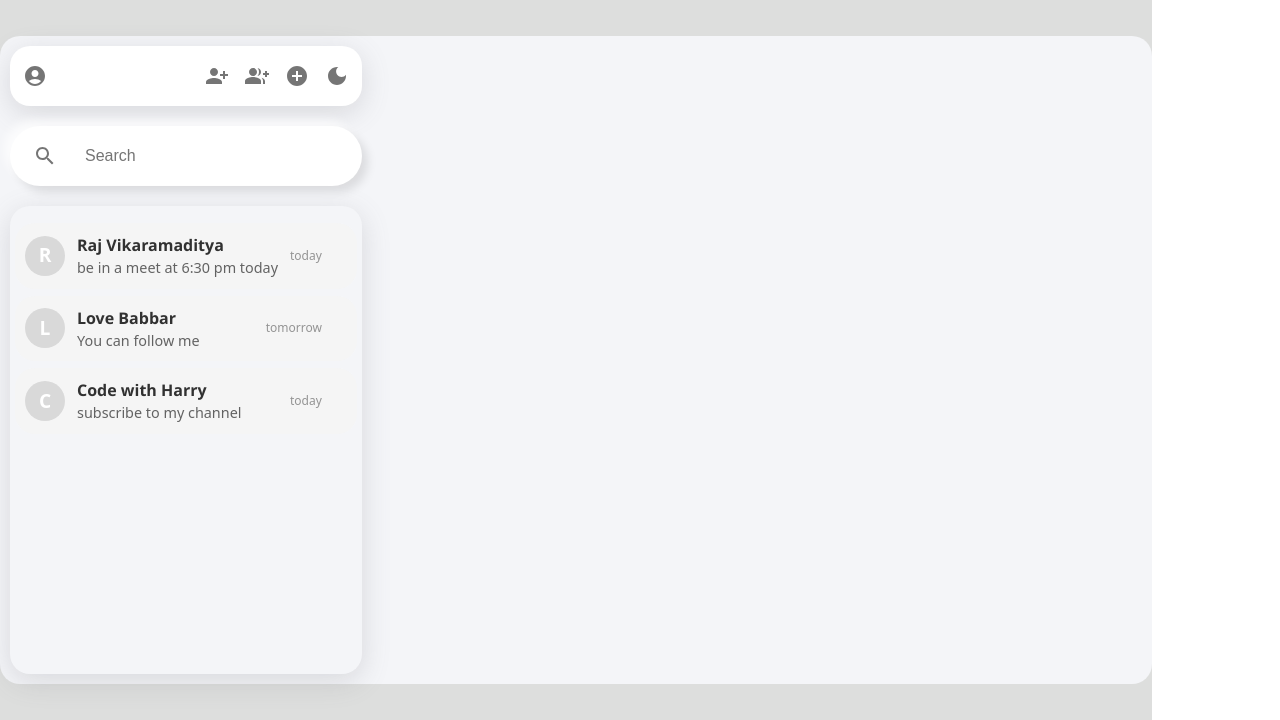
Repository: rahul-chakradhari/chat_app
Page: /app
An editor plug-in stored every save of this project. The page is shown before and after the next save, followed by the edit.
The browser window is 1280 px wide. The pictures show the whole page.
The project was rebuilt for these pictures with package versions that can differ from the ones it lists, and the page was loaded fresh each time. Also part of the build but not shown: vite.config.js, src/components/Login.jsx, src/components/Messagebyme.jsx, src/components/Messagebyothers.jsx, src/components/Chatarea.jsx, src/components/Welcome.jsx, src/components/Creategroups.jsx, src/components/Users.jsx and 1 more.

Above is the page before, as saved 2025-03-02 13:59:53.

### index.html
<!DOCTYPE html>
<html lang="en">
  <head>
    <meta charset="UTF-8" />
    <link rel="icon" href="./live-chat.png" />

    <meta name="viewport" content="width=device-width, initial-scale=1.0" />
    <title>Vite + React</title>
  </head>
  <body>
    <div id="root"></div>
    <script type="module" src="/src/main.jsx"></script>
  </body>
</html>

### src/App.jsx
import { Route, Routes } from "react-router-dom";
import "./App.css";
import Login from "./components/Login";
import Maincontainer from "./components/Maincontainer";
import Welcome from "./components/Welcome";
import Chatarea from "./components/Chatarea";
import Users from "./components/Users";
import Creategroups from "./components/Creategroups";
import Groups from "./components/Groups";

function App() {
  return (
    <div className="App">
      <Routes>
        <Route path="/" element={<Login />} />
        <Route path="app" element={<Maincontainer />}>
          <Route path="welcome" element={<Welcome />} />
          <Route path="chat" element={<Chatarea />} />
          <Route path="users" element={<Users />} />
          <Route path="groups" element={<Groups />} />

          <Route path="creategroups" element={<Creategroups />} />
        </Route>
      </Routes>
    </div>
  );
}

export default App;

### src/App.css
* {
  margin: 0;
}
.App {
  background-color: #dddedd;
  min-height: 100vh;
  display: flex;
  justify-content: center;
  align-items: center;
}

### src/components/Maincontainer.jsx
import "./Mystyles.css";
import Sidebar from "./Sidebar";
import Chatarea from "./Chatarea";
import Welcome from "./Welcome";
import Creategroups from "./Creategroups";
import Users from "./Users";
import { Outlet } from "react-router-dom";

const Maincontainer = () => {
  return (
    <div className="main">
      <Sidebar />
      <Outlet />
      {/*<Creategroups />*/}
      {/*<Welcome />*/}
      {/*<Chatarea />*/}
      {/*<Users />*/}
    </div>
  );
};

export default Maincontainer;

### src/components/Mystyles.css
.main {
  background-color: #f4f5f8;
  height: 90vh;
  width: 90vw;
  display: flex;
  border-radius: 20px;
}
.side {
  flex: 0.3;
  display: flex;
  flex-direction: column;
}
.chat {
  background-color: aliceblue;
  flex: 0.7;
}
.headers {
  background-color: white;
  border-radius: 20px;
  padding: 10px 5px;
  margin: 10px;
  display: flex;
  justify-content: space-between;
  box-shadow: rgba(100, 100, 111, 0.2) 0px 7px 29px 0px;
}
.search {
  background-color: white;
  border-radius: 20px;
  padding: 10px 10px;
  margin: 10px;
  display: flex;
  align-items: center;
  box-shadow: rgba(100, 100, 111, 0.2) 0px 7px 29px 0px;
}
.box {
  outline-width: 0;
  border: none;
  font-size: 1.25rem;
  margin-left: 10px;
}
.conver {
  background-color: white;
  border-radius: 20px;
  padding: 10px 5px;
  margin: 10px;
  flex: 1;
}
.conversation {
  border-radius: 20px;
  margin: 10px 5px;
  flex: 1;
  margin-right: 10px;
  margin-left: 10px;
  padding: 10px 5px;
  box-shadow: rgba(100, 100, 111, 0.2) 0px 7px 29px 0px;
}
.conversationitem,
.listtem {
  display: flex;
  align-items: center; /* Items ko vertical center align karega */
  gap: 12px; /* Icon aur text ke beech gap */
  padding: 10px;
  margin: 3px;
  transition-duration: 0.5s;
  margin-left: 0px;
  border-radius: 20px;
  margin-right: auto;
  margin-top: 7px;
  background-color: #f5f5f5; /* Light background */
  width: 100%;
  width: calc(100% - 20px);
  overflow: hidden; /* Extra content hide */
  white-space: nowrap; /* Ek hi line me rahe */
  text-overflow: ellipsis; /* Overflow hone par "..." dikhe */
}
.conversationitem {
  cursor: pointer;
}
.conversationitem:hover {
  background-color: #d9d9d9;
}
.conversationitem:active {
  background-color: white;
}
.conversationitem::-webkit-scrollbar {
  display: none;
}

.icon {
  display: flex;
  justify-content: center;
  align-items: center;
  background-color: #d9d9d9;
  font-size: 1.2rem;
  font-weight: bold;
  color: white;
  height: 40px;
  width: 40px;
  border-radius: 50%;
  flex-shrink: 0; /* Icon ka size maintain rahega */
}

.conversation-text {
  display: flex;
  flex-direction: column;
  flex-grow: 1; /* Ye ensure karega ki text area full width le */
}

.title {
  font-weight: bold;
  font-size: 1rem;
  color: rgba(0, 0, 0, 0.8);
  font-family: "Segoe UI", Tahoma, Geneva, Verdana, sans-serif;
}

.message {
  font-size: 0.9rem;
  color: rgba(0, 0, 0, 0.6);
}

.time {
  margin-right: 25px;
  font-size: 0.75rem;
  color: rgba(0, 0, 0, 0.4);
  flex-shrink: 0; /* Time ka size fix rahe */
}
.chat {
  display: flex;
  flex-direction: column;
  flex: 0.7;
}
.chattingwith {
  background-color: green;
}
.mess {
  background-color: aquamarine;
  flex-grow: 1;
  box-shadow: rgba(100, 100, 111, 0.2) 0px 7px 29px 0px;
}
.inputbox {
  background-color: green;
  box-shadow: rgba(100, 100, 111, 0.2) 0px 7px 29px 0px;
}
.trash {
  color: black;
}
.chat {
  display: flex;
  flex-direction: column;
  flex: 0.7;
  overflow: visible;
  background: #f8f9fa; /* Light grey */
}

.chat-header {
  position: relative;
  display: flex;
  justify-content: space-between;
  align-items: center;
  padding: 10px;
  margin-top: 4px;
  border-radius: 20px;
  background: white;
  border-bottom: 1px solid #ddd;
  box-shadow: rgba(50, 50, 93, 0.25) 0px 6px 12px -2px,
    rgba(0, 0, 0, 0.3) 0px 3px 7px -3px;
}
.avatar {
  border-color: #d9d9d9;
  color: white;
}
.chat-info {
  display: flex;
  align-items: center;
}

.chat-info .avatar {
  width: 40px;
  height: 40px;
  border-radius: 50%;
  background: #bbb;
  display: flex;
  justify-content: center;
  align-items: center;
  font-weight: bold;
  margin-right: 10px;
}

.trash {
  color: black;
}

.mess {
  flex-grow: 1;
  padding: 20px;
  background: #f5f5f5;
  border-radius: 20px;
}

.inputbox {
  padding: 10px;
  border-top: 1px solid #ddd;
  background: white;
  border-radius: 20px;
  margin-bottom: 6px;
}

.inputbox input {
  width: 100%;
  padding: 8px;
  border: none;
  outline: none;
}
.name-time {
  display: flex;
  flex-direction: column;
  align-items: flex-start; /* Left-align text properly */
}

.niche {
  font-size: 12px;
  color: gray;
  margin: 2px 0 0 3px;
  margin-top: 2px;
  margin-right: 12px;
  /* 👈 Adjust left margin properly */
  padding-right: 42px; /* 🔹 Slight padding for spacing */
}
.inputbox {
  display: flex;
  justify-content: center;
}
.othertextcontent,
.con-icon {
  width: 200px; /* Box ka width */
  height: auto; /* Height content ke according adjust hogi */
  font-size: 16px; /* Text size change karne ke liye */
  padding: 10px; /* Text aur border ke beech space ke liye */
  background-color: aquamarine; /* Light gray background */
  border-radius: 10px; /* Rounded corners */
  margin-left: 750px;
}
.othertextcontent {
  border-color: #f5f5f5;
}
.selfmessagecontainer {
  width: 200px; /* Box ka width */
  height: auto; /* Height content ke according adjust hogi */
  font-size: 16px; /* Text size change karne ke liye */
  padding: 10px; /* Text aur border ke beech space ke liye */
  background-color: lightsalmon; /* Light gray background */
  border-radius: 10px; /* Rounded corners */
}
.mess {
  height: 500px;
  overflow-y: auto;
  display: flex;
  flex-direction: column;
}
.mess::-webkit-scrollbar {
  display: none;
}

.welcome {
  min-height: 89vh;
  flex: 0.7;
  display: flex;
  flex-direction: column;
  justify-content: center;
  align-items: center;
  gap: 25px;
  font-family: "Segoe UI", Tahoma, Geneva, Verdana, sans-serif;
  color: rgba(0, 0, 0, 0.87);
  border-bottom: 2px solid #63d7b0;
  background-color: #ffffff;
  border-radius: 20px;
}

.logo {
  height: 15vw;
  margin-bottom: 10px;
}
.group {
  flex: 0.7;
  align-self: center;
  padding: 20px 10px;
  margin: 10px;
  background-color: white;
  border-radius: 20px;
  display: flex;
  justify-content: space-between;
}
.inputgroup {
  font-size: 18px;
  outline-width: 0;
  border: none;
}
.login {
  height: 90vh;
  width: 90vw;
  background-color: #f4f5f8;
  border-radius: 20px;
  display: flex;
}
.loginimage {
  flex: 0.3;
}
.loginbox {
  flex: 0.7;
  font-family: "Segoe UI", Tahoma, Geneva, Verdana, sans-serif;

  background-color: white;
  border-radius: 20px;
  margin: 10px;
  color: #63d7b0;
  font-weight: bolder;
  display: flex;
  justify-content: center;
  align-items: center;
  flex-direction: column;
  gap: 20px;
}
.loginlogo {
  height: 15vw;
  margin-top: 201px;
  margin-left: 75px;
}
.logintitle {
  font-size: 30px;
} /* Main List Container */
.list {
  padding: 20px;
  width: 100%;
}

/* Online Users Box */
.headerlist {
  display: flex;
  justify-content: center;
  margin-bottom: 10px;
}

.header-box {
  width: 100%; /* Adjust as needed */
  max-width: 1100px;
  background-color: white;
  border-radius: 20px;
  padding: 12px 18px;
  display: flex;
  align-items: center;
  gap: 10px;
  box-shadow: 6px 6px 10px rgba(0, 0, 0, 0.1),
    -6px -6px 10px rgba(255, 255, 255, 0.7);
}

.logo-img {
  width: 1.8rem;
  height: 1.8rem;
}

/* Search Box */
.search {
  background-color: white;
  border-radius: 30px;
  padding: 10px 15px;
  margin: 10px;
  display: flex;
  align-items: center;
  box-shadow: 6px 6px 10px rgba(0, 0, 0, 0.1),
    -6px -6px 10px rgba(255, 255, 255, 0.7);
}

.search .box {
  border: none;
  outline: none;
  font-size: 16px;
  flex: 1;
  padding-left: 10px;
}

/* User List */
.uglist {
  display: flex;
  flex-direction: column;
  gap: 10px;
  height: 500px; /* Fixed height for scroll */
  overflow-y: auto; /* Enable vertical scrolling */
}

.uglist::-webkit-scrollbar {
  display: none;
}
/* Individual User Item */
.listitem {
  display: flex;
  align-items: center;
  background-color: white;
  padding: 15px;
  border-radius: 20px;
  box-shadow: 6px 6px 10px rgba(0, 0, 0, 0.1),
    -6px -6px 10px rgba(255, 255, 255, 0.7);
  transition: transform 0.2s;
}

.listitem:hover {
  background-color: #968f8fc7;
}

.user-icon {
  background-color: gray;
  color: white;
  width: 40px;
  height: 40px;
  border-radius: 50%;
  display: flex;
  justify-content: center;
  align-items: center;
  font-size: 18px;
  font-weight: bold;
  margin-right: 15px;
}

.user-info {
  flex-grow: 1;
}

.username {
  font-weight: bold;
  font-size: 16px;
}

.last-message {
  font-size: 14px;
  color: gray;
}

.timestamp {
  font-size: 12px;
  color: gray;
}
.ugtitle {
  font-size: large;
  font-weight: 600;
  font-family: "Segoe UI", Tahoma, Geneva, Verdana, sans-serif;
}
.dark {
  background-color: #2d3941;
}

### src/components/Sidebar.jsx
import { useState } from "react";
import AccountCircleIcon from "@mui/icons-material/AccountCircle";
import PersonAddAlt1Icon from "@mui/icons-material/PersonAddAlt1";
import GroupAddIcon from "@mui/icons-material/GroupAdd";
import AddCircleIcon from "@mui/icons-material/AddCircle";
import DarkModeIcon from "@mui/icons-material/DarkMode";
import SearchIcon from "@mui/icons-material/Search";
import Conversationitem from "./Conversationitem";
import "./Mystyles.css";
import { IconButton } from "@mui/material";
import { useNavigate } from "react-router-dom";

const Sidebar = () => {
  const [conversations, setConversations] = useState([
    {
      id: 1,
      name: "Raj Vikaramaditya",
      lastMessage: "be in a meet at 6:30 pm today",
      timeStamp: "today",
    },
    {
      id: 2,
      name: "Love Babbar",
      lastMessage: "You can follow me ",
      timeStamp: "tomorrow",
    },
    {
      id: 3,
      name: "Code with Harry",
      lastMessage: "subscribe to my channel",
      timeStamp: "today",
    },
  ]);
  const navigate = useNavigate();
  return (
    <div className="side">
      <div className="headers">
        <div>
          <IconButton>
            <AccountCircleIcon />
          </IconButton>
        </div>
        <div>
          <IconButton>
            <PersonAddAlt1Icon
              onClick={() => {
                navigate("users");
              }}
            />
          </IconButton>
          <IconButton>
            <GroupAddIcon
              onClick={() => {
                navigate("groups");
              }}
            />
          </IconButton>
          <IconButton>
            <AddCircleIcon
              onClick={() => {
                navigate("creategroups");
              }}
            />
          </IconButton>
          <IconButton>
            <DarkModeIcon />
          </IconButton>
        </div>
      </div>

      <div className="search">
        <IconButton>
          <SearchIcon />
        </IconButton>
        <input placeholder="Search" className="box" />
      </div>

      <div className="conversation">
        {conversations.map((conversation) => (
          <Conversationitem key={conversation.id} {...conversation} />
        ))}
      </div>
    </div>
  );
};

export default Sidebar;

### src/components/Conversationitem.jsx
import { useNavigate } from "react-router-dom";

const Conversationitem = (props) => {
  const navigate = useNavigate();

  return (
    <div
      className="conversationitem"
      onClick={() => {
        navigate("chat");
      }}
    >
      <p className="icon">{props.name[0]}</p>
      <div className="conversation-text">
        <p className="title">{props.name}</p>
        <p className="message">{props.lastMessage}</p>
      </div>
      <p className="time">{props.timeStamp}</p>
    </div>
  );
};

export default Conversationitem;

Loaded but not shown: src/main.jsx (common file); src/index.css (common file)

After the next save:
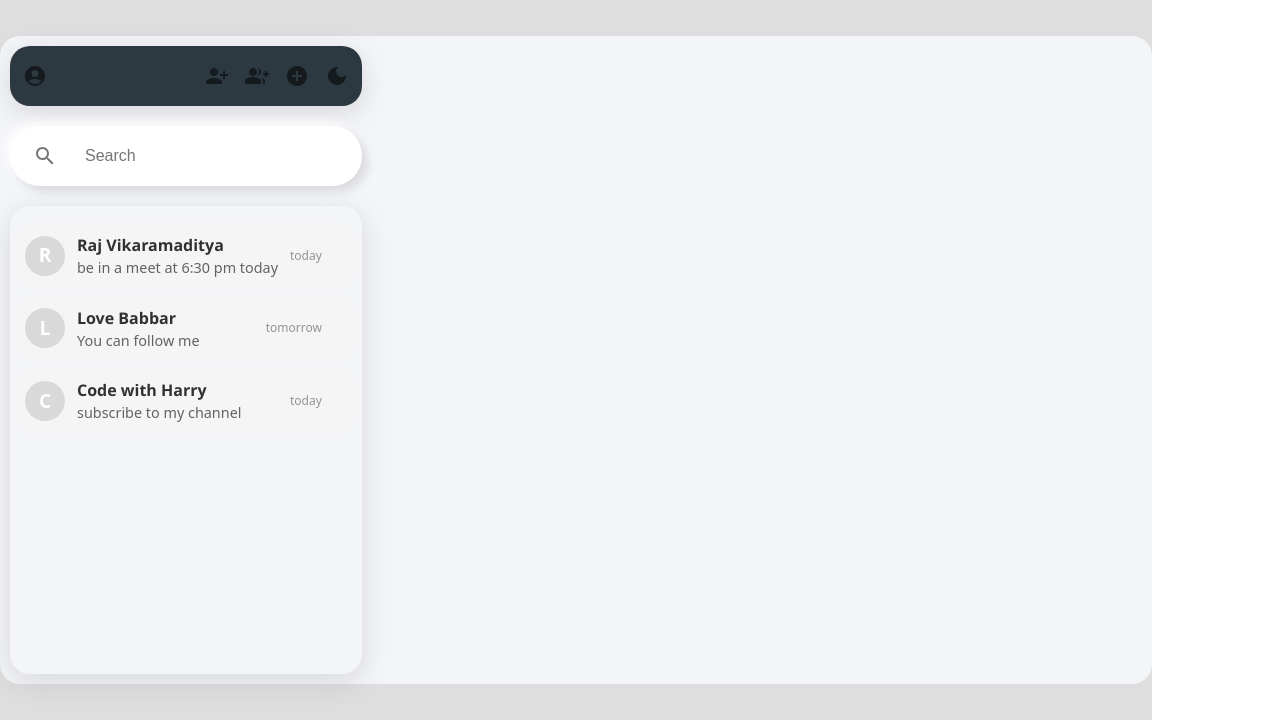
Saved 12 s later.
--- a/src/components/Sidebar.jsx
+++ b/src/components/Sidebar.jsx
@@ -34,7 +34,7 @@
   const navigate = useNavigate();
   return (
     <div className="side">
-      <div className="headers">
+      <div className="headers dark">
         <div>
           <IconButton>
             <AccountCircleIcon />

After the 5 saves that followed:
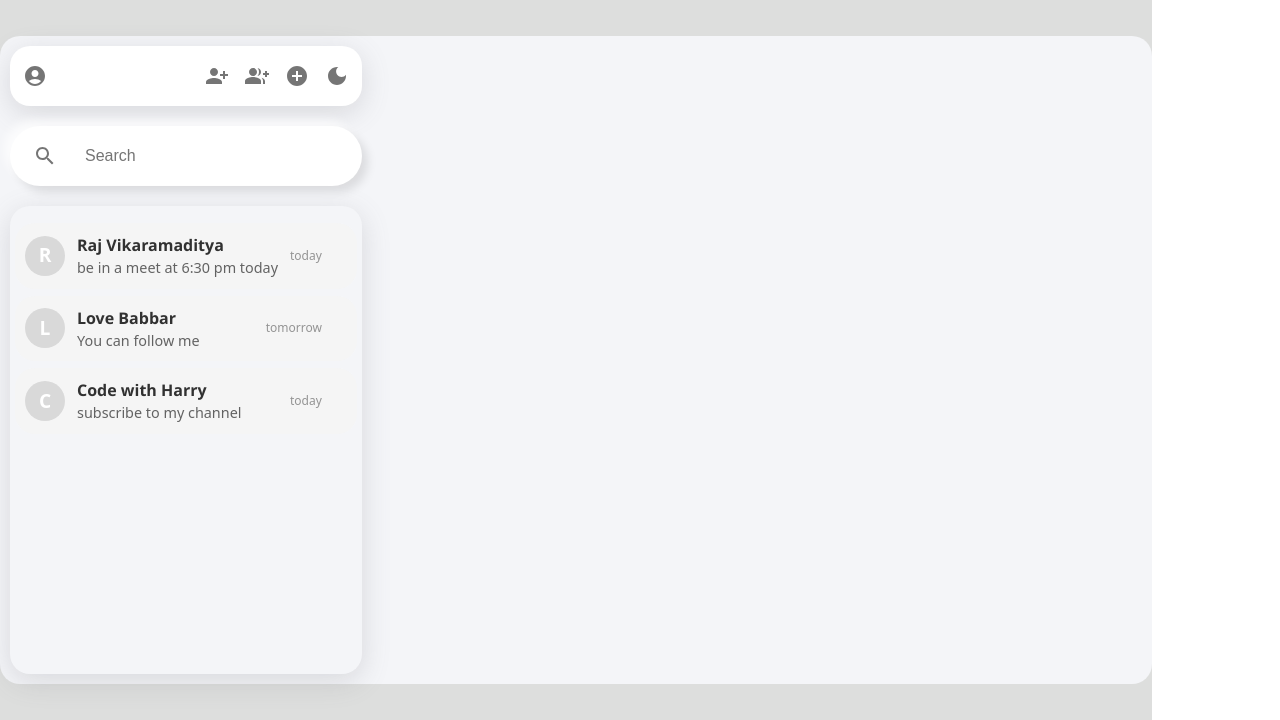
The 5 saves are shown as one change because 4 left the picture as it was.
The last was saved 13 min 48 s later.
--- a/src/components/Mystyles.css
+++ b/src/components/Mystyles.css
@@ -444,5 +444,6 @@
   font-family: "Segoe UI", Tahoma, Geneva, Verdana, sans-serif;
 }
 .dark {
-  background-color: #2d3941;
-}
+  background-color: #2d3941 !important;
+  color: whitesmoke !important;
+}
--- a/src/components/Sidebar.jsx
+++ b/src/components/Sidebar.jsx
@@ -3,6 +3,7 @@
 import PersonAddAlt1Icon from "@mui/icons-material/PersonAddAlt1";
 import GroupAddIcon from "@mui/icons-material/GroupAdd";
 import AddCircleIcon from "@mui/icons-material/AddCircle";
+import LightModeIcon from "@mui/icons-material/LightMode";
 import DarkModeIcon from "@mui/icons-material/DarkMode";
 import SearchIcon from "@mui/icons-material/Search";
 import Conversationitem from "./Conversationitem";
@@ -11,6 +12,7 @@
 import { useNavigate } from "react-router-dom";
 
 const Sidebar = () => {
+  const [lighttheme, setlightTheme] = useState(true);
   const [conversations, setConversations] = useState([
     {
       id: 1,
@@ -34,7 +36,7 @@
   const navigate = useNavigate();
   return (
     <div className="side">
-      <div className="headers dark">
+      <div className={"headers " + (lighttheme ? "" : "dark")}>
         <div>
           <IconButton>
             <AccountCircleIcon />
@@ -62,8 +64,15 @@
               }}
             />
           </IconButton>
-          <IconButton>
-            <DarkModeIcon />
+          <IconButton
+            onClick={() => {
+              setlightTheme((prevValue) => {
+                return !prevValue;
+              });
+            }}
+          >
+            {lighttheme && <DarkModeIcon />}
+            {!lighttheme && <LightModeIcon />}
           </IconButton>
         </div>
       </div>
